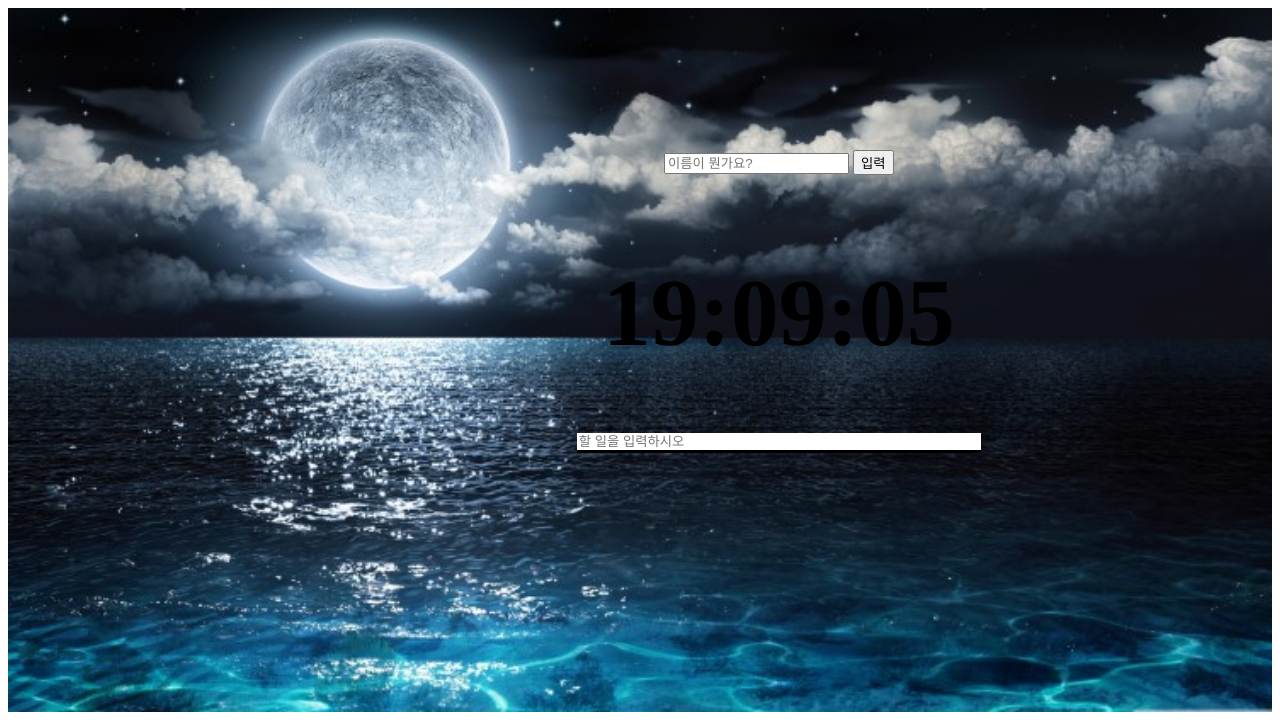
Repository: jun01270/F-E-practice
Page: index.html
An editor plug-in stored every save of this project. The page is shown before and after the next save, followed by the edit.
The browser window is 1280 px wide. The pictures show the whole page.

Above is the page before, as saved 2023-01-10 14:39:11.
Console error: TypeError: Cannot read properties of null (reading 'addEventListener')

After the next save:
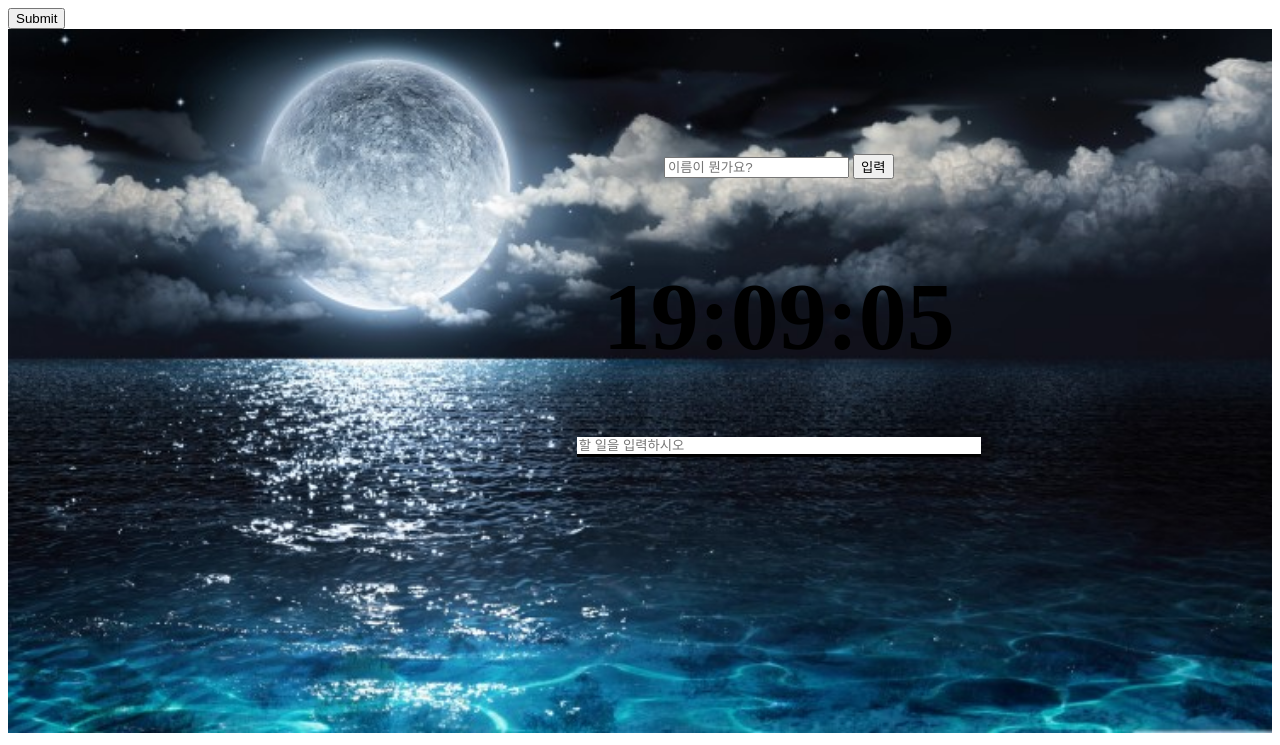
Saved 2 min 36 s later.
--- a/index.html
+++ b/index.html
@@ -24,6 +24,11 @@
         <span></span>
       </div>
     </div>
+    <div>
+      <form>
+        <input type="submit" class="userName=form" />
+      </form>
+    </div>
     <script src="/js/greeting.js"></script>
     <script src="/js/clock.js"></script>
     <script src="/js/quotes.js"></script>
